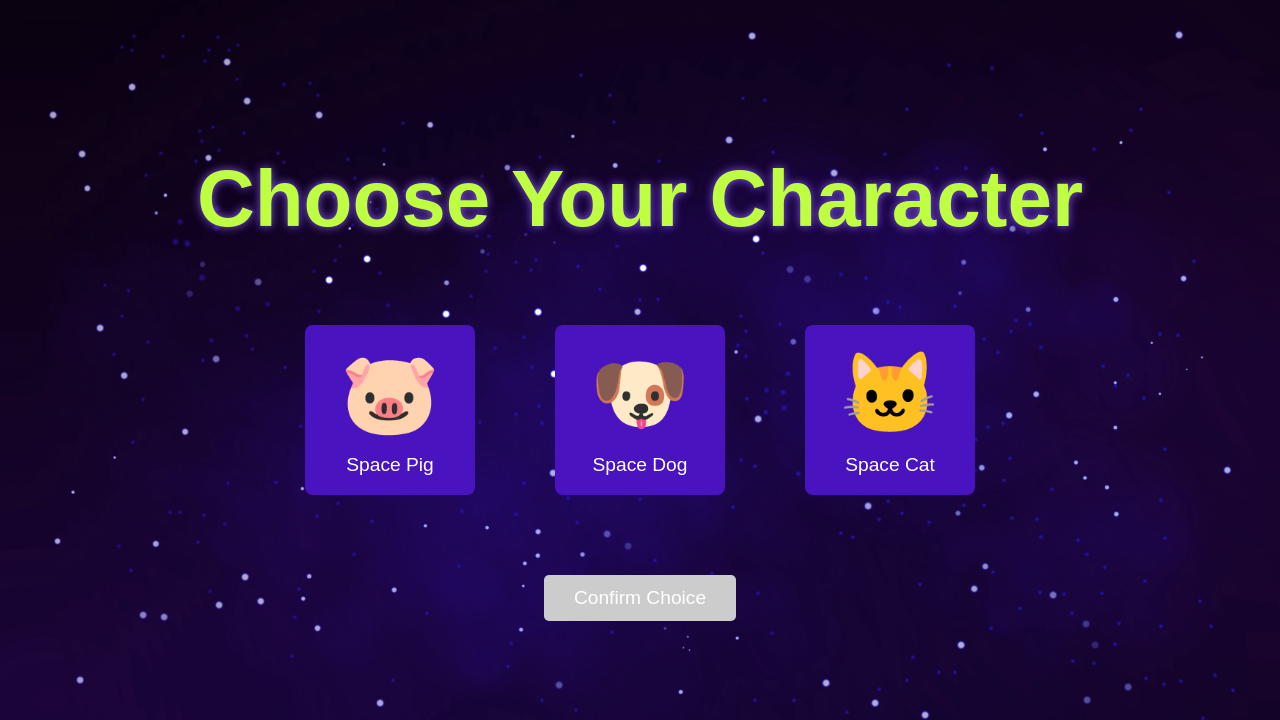
Repository: brunaguarizo/SpaceFarm
Page: index.html
These files come from the project's save history. The page is drawn as it stood at one moment and after the next save; the edit follows.
The browser window is 1280 px wide. The pictures show the whole page.
Some web fonts or font styles are not loaded; a fallback is used.

Above is the page before, as saved 2025-04-24 11:20:17.

### index.html
<!DOCTYPE html>
<html lang="en">
    <head>
        <meta charset="UTF-8" />
        <meta
            name="viewport"
            content="width=device-width, initial-scale=1.0" />
        <title>Space Animals Game</title>
        <link
            rel="stylesheet"
            href="styles.css" />

        <link
            rel="preconnect"
            href="https://fonts.googleapis.com" />
        <link
            rel="preconnect"
            href="https://fonts.gstatic.com"
            crossorigin />
        <link
            href="https://fonts.googleapis.com/css2?family=Ranchers&display=swap"
            rel="stylesheet" />
    </head>
    <body>
        <div id="game-container">
            <!-- Character Selection Screen -->
            <div id="character-select">
                <h1>Choose Your Character</h1>
                <div class="character-options">
                    <div
                        class="character-option"
                        data-character="pig">
                        <div class="character-icon">🐷</div>
                        <div class="character-label">Space Pig</div>
                    </div>
                    <div
                        class="character-option"
                        data-character="dog">
                        <div class="character-icon">🐶</div>
                        <div class="character-label">Space Dog</div>
                    </div>
                    <div
                        class="character-option"
                        data-character="cat">
                        <div class="character-icon">🐱</div>
                        <div class="character-label">Space Cat</div>
                    </div>
                </div>
                <button
                    id="confirm-btn"
                    disabled>
                    Confirm Choice
                </button>
            </div>

            <!-- Game Screen -->
            <div id="game-screen">
                <div id="player"></div>
                <div id="score-container">
                    <div id="score">Score: 0</div>
                    <button id="pause-btn">Pause</button>
                </div>
            </div>

            <!-- Pause Screen -->
            <div id="pause-screen">
                <h2>Game Paused</h2>
                <button id="resume-btn">Resume</button>
            </div>

            <!-- Game Over Screen -->
            <div id="game-over">
                <h2>Game Over</h2>
                <div id="final-score">Score: 0</div>
                <button id="restart-btn">Play Again</button>
            </div>
        </div>

        <script src="script.js"></script>
    </body>
</html>

### styles.css
body {
    margin: 0;
    padding: 0;
    overflow: hidden;
    font-family: var(--font-family);
    background-color: var(--mid-green);
}

#game-container {
    position: relative;
    width: 100vw;
    height: 100vh;
    background-image: url("img/space-bg.jpg");
    background-size: cover;
    overflow: hidden;
}

/* Character Selection Screen */
#character-select {
    position: absolute;
    width: 100%;
    height: 100%;
    display: flex;
    flex-direction: column;
    justify-content: center;
    align-items: center;
    z-index: 10;
}

#character-select h1 {
    color: var(--light-green);
    font-size: var(--header);
    margin-bottom: var(--space-extra-large);
    text-shadow: 0 0 10px var(--mid-purple);
}

.character-options {
    display: flex;
    gap: var(--space-extra-large);
    margin-bottom: var(--space-extra-large);
}

.character-option {
    width: 150px;
    height: 150px;
    background-color: var(--dark-purple);
    border-radius: var(--space-small);
    display: flex;
    flex-direction: column;
    align-items: center;
    justify-content: center;
    cursor: pointer;
    transition: transform 0.3s, box-shadow 0.3s;
    padding: var(--space-small);
    border: 2px solid transparent;
}

.character-option:hover {
    transform: scale(1.05);
    box-shadow: 0 0 15px var(--light-purple);
}

.character-option.selected {
    border-color: var(--light-green);
    box-shadow: 0 0 20px var(--light-green);
}

.character-icon {
    width: 100px;
    height: 100px;
    font-size: 80px;
    display: flex;
    justify-content: center;
    align-items: center;
}

.character-label {
    color: white;
    font-size: 1.2rem;
    margin-top: 10px;
}

#confirm-btn {
    padding: 12px 30px;
    background-color: #4caf50;
    color: white;
    border: none;
    border-radius: 5px;
    font-size: 1.2rem;
    cursor: pointer;
    transition: background-color 0.3s;
}

#confirm-btn:hover {
    background-color: #45a049;
}

#confirm-btn:disabled {
    background-color: #cccccc;
    cursor: not-allowed;
}

/* Game Screen */
#game-screen {
    display: none;
    position: absolute;
    width: 100%;
    height: 100%;
}

#player {
    position: absolute;
    width: 60px;
    height: 60px;
    left: 100px;
    top: 50%;
    transform: translateY(-50%);
    font-size: 50px;
    line-height: 1;
    z-index: 5;
}

.asteroid {
    position: absolute;
    font-size: 30px;
    color: #aaa;
}

#score-container {
    position: absolute;
    top: 20px;
    right: 20px;
    display: flex;
    align-items: center;
    gap: 20px;
    z-index: 5;
}

#score {
    color: white;
    font-size: 24px;
    font-weight: bold;
    background-color: rgba(0, 0, 0, 0.5);
    padding: 10px 20px;
    border-radius: 10px;
}

#pause-btn {
    background-color: rgba(0, 0, 0, 0.5);
    color: white;
    border: none;
    border-radius: 5px;
    font-size: 18px;
    padding: 10px 15px;
    cursor: pointer;
    transition: background-color 0.3s;
}

#pause-btn:hover {
    background-color: rgba(0, 0, 0, 0.7);
}

/* Game Over Screen */
#game-over {
    display: none;
    position: absolute;
    top: 0;
    left: 0;
    width: 100%;
    height: 100%;
    background-color: rgba(0, 0, 0, 0.8);
    z-index: 15;
    flex-direction: column;
    justify-content: center;
    align-items: center;
}

#game-over h2 {
    color: #ff3333;
    font-size: 3.5rem;
    margin-bottom: 1rem;
    text-shadow: 0 0 10px rgba(255, 0, 0, 0.5);
}

#final-score {
    color: white;
    font-size: 2rem;
    margin-bottom: 2rem;
}

#restart-btn {
    padding: 12px 30px;
    background-color: #3366ff;
    color: white;
    border: none;
    border-radius: 5px;
    font-size: 1.2rem;
    cursor: pointer;
    transition: background-color 0.3s;
}

#restart-btn:hover {
    background-color: #2952cc;
}

/* Utility Classes */
.invisible {
    opacity: 0;
}

/* Pause Screen */
#pause-screen {
    display: none;
    position: absolute;
    top: 0;
    left: 0;
    width: 100%;
    height: 100%;
    background-color: rgba(0, 0, 0, 0.7);
    z-index: 12;
    flex-direction: column;
    justify-content: center;
    align-items: center;
    color: white;
}

#pause-screen h2 {
    font-size: 3rem;
    margin-bottom: 2rem;
}

#resume-btn {
    padding: 12px 30px;
    background-color: #4caf50;
    color: white;
    border: none;
    border-radius: 5px;
    font-size: 1.2rem;
    cursor: pointer;
    transition: background-color 0.3s;
}

#resume-btn:hover {
    background-color: #45a049;
}

/* --------------------------- variables  --------------------------- */
:root {
    --font-family: "Ranchers", sans-serif;
    --header: 80px;
    --text: 16px;

    --light-green: #bfff41;
    --mid-green: #a3de1a;
    --dark-green: #46b800;
    --light-pink: #ffc2ec;
    --mid-pink: #f0429c;
    --dark-pink: #910b64;
    --light-purple: #dcccff;
    --mid-purple: #8655ef;
    --dark-purple: #4913bf;

    --space-extra-small: 4px;
    --space-small: 8px;
    --space-regular: 16px;
    --space-medium: 32px;
    --space-large: 48px;
    --space-extra-large: 80px;
}

### script.js
// Game variables
let selectedCharacter = "";
let score = 0;
let playerElement;
let gameRunning = false;
let isPaused = false;
let playerY;
let asteroids = [];
let gameLoopInterval;
let asteroidInterval;
let gameHeight;
let gameWidth;

// Character emoji mapping
const characterEmojis = {
    pig: "🐷",
    dog: "🐶",
    cat: "🐱",
};

// Asteroid options
const asteroidOptions = ["🌑", "☄️", "🪨", "💫"];

// DOM elements
const characterOptions = document.querySelectorAll(".character-option");
const confirmBtn = document.getElementById("confirm-btn");
const characterSelectScreen = document.getElementById("character-select");
const gameScreen = document.getElementById("game-screen");
const pauseBtn = document.getElementById("pause-btn");
const pauseScreen = document.getElementById("pause-screen");
const resumeBtn = document.getElementById("resume-btn");
const gameOverScreen = document.getElementById("game-over");
const finalScoreDisplay = document.getElementById("final-score");
const restartBtn = document.getElementById("restart-btn");
const scoreDisplay = document.getElementById("score");

// Initialize the game
function init() {
    // Character selection event listeners
    characterOptions.forEach((option) => {
        option.addEventListener("click", () => {
            // Remove selected class from all options
            characterOptions.forEach((opt) => opt.classList.remove("selected"));
            // Add selected class to clicked option
            option.classList.add("selected");
            // Store selected character
            selectedCharacter = option.dataset.character;
            // Enable confirm button
            confirmBtn.disabled = false;
        });
    });

    // Confirm button event listener
    confirmBtn.addEventListener("click", startGame);

    // Pause button event listener
    pauseBtn.addEventListener("click", togglePause);

    // Resume button event listener
    resumeBtn.addEventListener("click", togglePause);

    // Restart button event listener
    restartBtn.addEventListener("click", restartGame);

    // Keyboard event listeners
    document.addEventListener("keydown", handleKeyPress);
}

// Start the game
function startGame() {
    // Hide character selection screen
    characterSelectScreen.style.display = "none";
    // Show game screen
    gameScreen.style.display = "block";

    // Set up player
    playerElement = document.getElementById("player");
    playerElement.innerHTML = characterEmojis[selectedCharacter];

    // Initialize variables
    gameHeight = window.innerHeight;
    gameWidth = window.innerWidth;
    score = 0;
    updateScore();
    playerY = gameHeight / 2;
    gameRunning = true;
    isPaused = false;
    asteroids = [];

    // Position player
    updatePlayerPosition();

    // Start game loop
    gameLoopInterval = setInterval(gameLoop, 16); // ~60fps

    // Start spawning asteroids
    spawnAsteroid(); // Spawn first asteroid immediately
    asteroidInterval = setInterval(spawnAsteroid, 1500); // Then every 1.5 seconds
}

// Game loop
function gameLoop() {
    if (!gameRunning || isPaused) return;

    // Move asteroids
    moveAsteroids();

    // Check collisions
    checkCollisions();
}

// Handle keyboard input
function handleKeyPress(e) {
    if (!gameRunning || isPaused) return;

    const moveDistance = 20;

    if (e.key === "ArrowUp" || e.key === "w") {
        // Move up
        playerY = Math.max(50, playerY - moveDistance);
        updatePlayerPosition();
    } else if (e.key === "ArrowDown" || e.key === "s") {
        // Move down
        playerY = Math.min(gameHeight - 50, playerY + moveDistance);
        updatePlayerPosition();
    }
}

// Update player position on screen
function updatePlayerPosition() {
    playerElement.style.top = `${playerY}px`;
}

// Spawn a new asteroid
function spawnAsteroid() {
    if (!gameRunning || isPaused) return;

    // Create asteroid element
    const asteroid = document.createElement("div");
    asteroid.classList.add("asteroid");

    // Set random asteroid type
    const asteroidType =
        asteroidOptions[Math.floor(Math.random() * asteroidOptions.length)];
    asteroid.innerHTML = asteroidType;

    // Set random position (y-axis)
    const asteroidY = Math.random() * (gameHeight - 100) + 50;

    // Set asteroid properties
    asteroid.style.left = `${gameWidth}px`;
    asteroid.style.top = `${asteroidY}px`;

    // Add to game screen
    gameScreen.appendChild(asteroid);

    // Add to asteroids array
    asteroids.push({
        element: asteroid,
        x: gameWidth,
        y: asteroidY,
        speed: Math.random() * 3 + 5, // Random speed between 5-8
        passed: false,
    });
}

// Move all asteroids
function moveAsteroids() {
    for (let i = asteroids.length - 1; i >= 0; i--) {
        const asteroid = asteroids[i];

        // Move asteroid
        asteroid.x -= asteroid.speed;
        asteroid.element.style.left = `${asteroid.x}px`;

        // Check if asteroid passed the player
        if (!asteroid.passed && asteroid.x < 100) {
            asteroid.passed = true;
            score += 10;
            updateScore();
        }

        // Remove asteroid if it's off-screen
        if (asteroid.x < -50) {
            gameScreen.removeChild(asteroid.element);
            asteroids.splice(i, 1);
        }
    }
}

// Check for collisions
function checkCollisions() {
    const playerRect = {
        x: 100,
        y: playerY - 30,
        width: 60,
        height: 60,
    };

    for (const asteroid of asteroids) {
        const asteroidRect = {
            x: asteroid.x,
            y: asteroid.y - 15,
            width: 30,
            height: 30,
        };

        // Check if player and asteroid rectangles intersect
        if (
            playerRect.x < asteroidRect.x + asteroidRect.width &&
            playerRect.x + playerRect.width > asteroidRect.x &&
            playerRect.y < asteroidRect.y + asteroidRect.height &&
            playerRect.y + playerRect.height > asteroidRect.y
        ) {
            // Collision detected
            gameOver();
            return;
        }
    }
}

// Update score display
function updateScore() {
    scoreDisplay.textContent = `Score: ${score}`;
}

// Toggle pause state
function togglePause() {
    isPaused = !isPaused;

    if (isPaused) {
        pauseScreen.style.display = "flex";
    } else {
        pauseScreen.style.display = "none";
    }
}

// Game over
function gameOver() {
    gameRunning = false;

    // Clear intervals
    clearInterval(gameLoopInterval);
    clearInterval(asteroidInterval);

    // Update final score
    finalScoreDisplay.textContent = `Score: ${score}`;

    // Show game over screen
    gameOverScreen.style.display = "flex";
}

// Restart game
function restartGame() {
    // Clear asteroids
    asteroids.forEach((asteroid) => {
        if (asteroid.element.parentNode) {
            asteroid.element.parentNode.removeChild(asteroid.element);
        }
    });

    // Hide game over screen
    gameOverScreen.style.display = "none";

    // Go back to character selection
    gameScreen.style.display = "none";
    characterSelectScreen.style.display = "flex";

    // Reset character selection
    characterOptions.forEach((opt) => opt.classList.remove("selected"));
    confirmBtn.disabled = true;
    selectedCharacter = "";
}

// Initialize the game when the page loads
window.addEventListener("load", init);

After the next save:
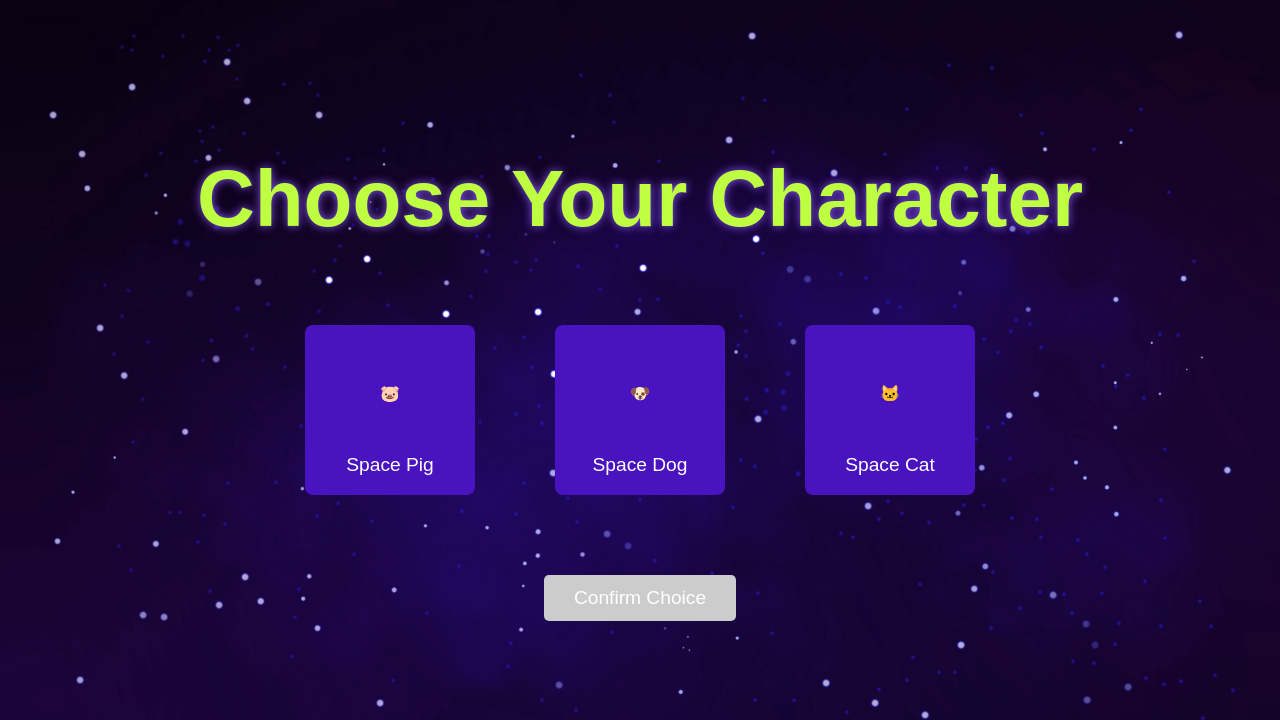
Saved 16 s later.
--- a/styles.css
+++ b/styles.css
@@ -68,7 +68,7 @@ body {
 .character-icon {
     width: 100px;
     height: 100px;
-    font-size: 80px;
+    font-size: var(--text);
     display: flex;
     justify-content: center;
     align-items: center;
